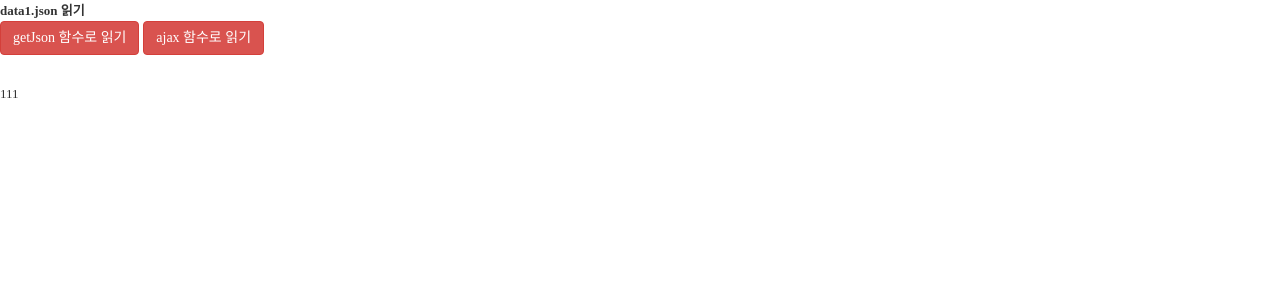
Repository: Juheekim1207/Javawork
Page: WebProjectEx1/src/main/webapp/day0419/Ex1ReadJson.html
An editor plug-in stored every save of this project. The page is shown before and after the next save, followed by the edit.
The browser window is 1280 px wide. The pictures show the whole page.
After loading, the first visible `#btn1` was clicked once.
Some web fonts or font styles are not loaded; a fallback is used.

Above is the page before, as saved 2022-04-19 03:29:58.

### WebProjectEx1/src/main/webapp/day0419/Ex1ReadJson.html
<!DOCTYPE html>
<html>
<head>
<meta charset="UTF-8">
<title>Insert title here</title>
<link rel="stylesheet" href="https://maxcdn.bootstrapcdn.com/bootstrap/3.4.1/css/bootstrap.min.css">
<script src="https://code.jquery.com/jquery-3.5.0.js"></script>
<link href="https://fonts.googleapis.com/css2?family=Gamja+Flower&family=Jua&family=Lobster&family=Nanum+Brush+Script&display=swap" rel="stylesheet">

<style type="text/css">
	body * {
	font-size: 1.3rem;
	font-family: 'Jua';
	}
</style>
<script type="text/javascript">
	$(function() {
		$("#btn1").click(function(){
			$.getJSON("data1.json", function(data) {
				var s = "이름 : " + data.name + "<br>";
					s +=  "주소 : " + data.addr + "<br>";
					$("#out1").html();
			});
		});

		$("#btn2").click(function(){

		});
	});
</script>
</head>
<body>
<b>data1.json 읽기</b><br>
<button type="button" class="btn btn-danger" id="btn1">getJson 함수로 읽기</button>
<button type="button" class="btn btn-danger" id="btn2">ajax 함수로 읽기</button>
<div id="out1" style="margin-top: 30px;">111</div>
</body>
</html>

### WebProjectEx1/src/main/webapp/day0419/data1.json
{"name":"홍길동","addr":"seoul"}

After the next save:
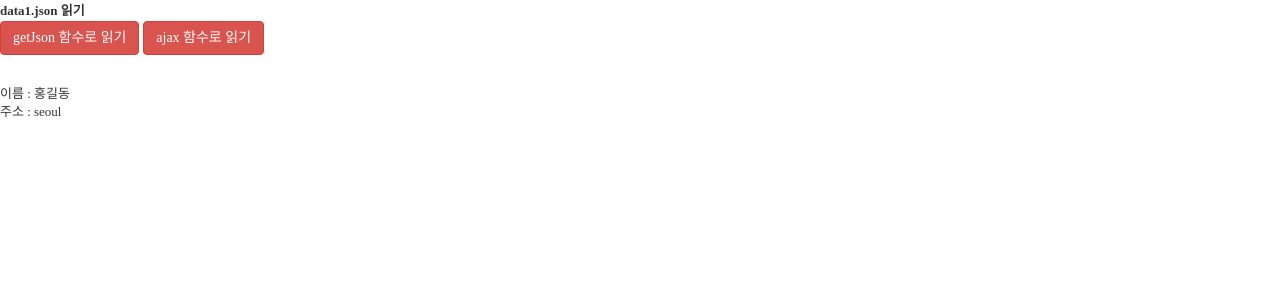
Saved 53 s later.
--- a/WebProjectEx1/src/main/webapp/day0419/Ex1ReadJson.html
+++ b/WebProjectEx1/src/main/webapp/day0419/Ex1ReadJson.html
@@ -19,7 +19,7 @@
 			$.getJSON("data1.json", function(data) {
 				var s = "이름 : " + data.name + "<br>";
 					s +=  "주소 : " + data.addr + "<br>";
-					$("#out1").html();
+					$("#out1").html(s);
 			});
 		});
 
